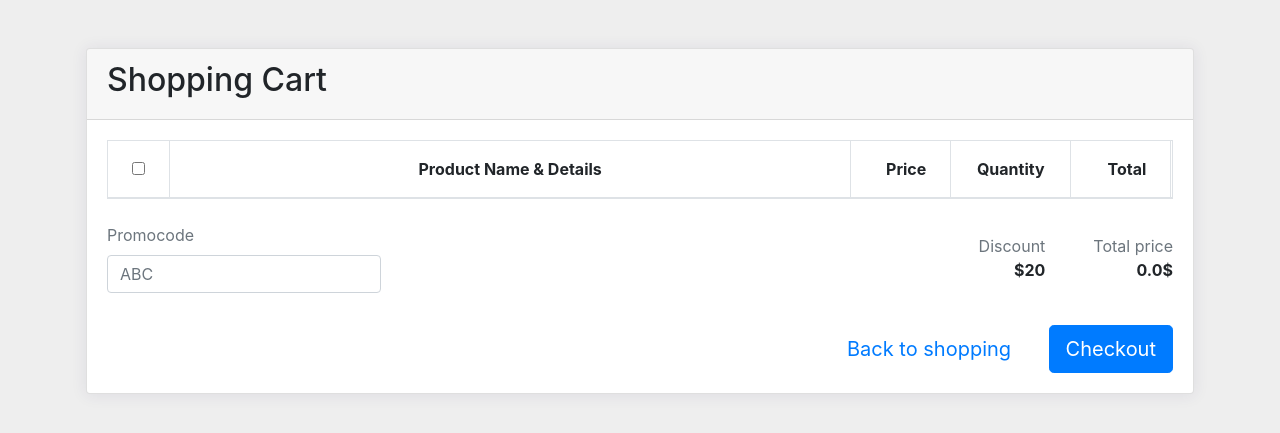
Repository: Szers222/MyProject
Page: http://localhost/MyProject/cart.jsp
An editor plug-in stored every save of this project. The page is shown before and after the next save, followed by the edit.
The browser window is 1280 px wide. The pictures show the whole page.
Some web libraries are served in a nearby version. The page is served by Tomcat 10. The template is opened directly, without the code that normally fills it, so the values that code supplies are empty.

Above is the page before, as saved 2023-12-13 10:17:35.

After the next save:
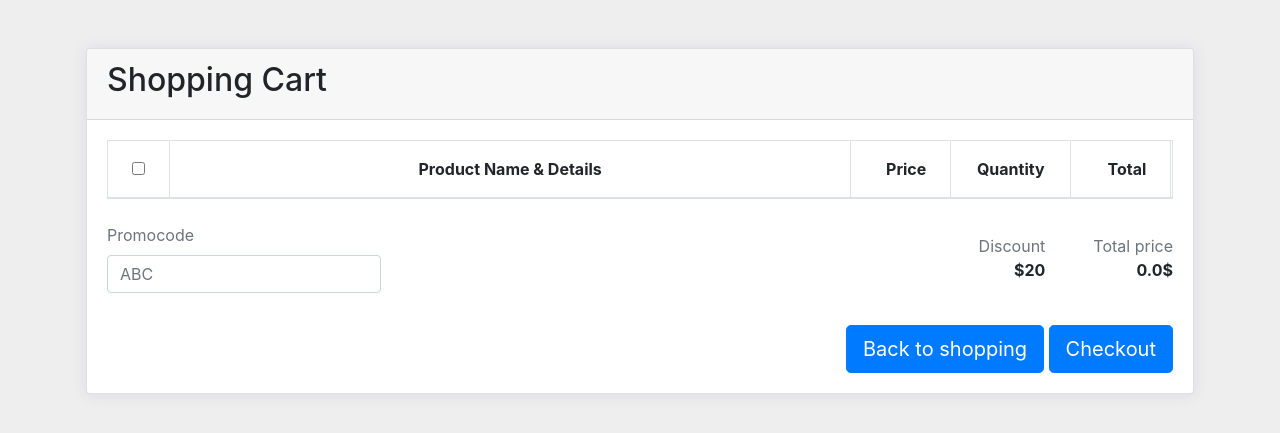
Saved 16 s later.
--- a/MyProject/src/main/webapp/cart.jsp
+++ b/MyProject/src/main/webapp/cart.jsp
@@ -274,7 +274,7 @@ body {
 
 				<div class="float-right">
 					<a href="index.jsp"
-						class="btn btn-lg btn-default md-btn-flat mt-2 mr-3">Back
+						class="btn btn-lg btn-primary mt-2">Back
 						to shopping</a>
 					<a href="CheckoutServlet" class="btn btn-lg btn-primary mt-2">Checkout</a>
 				</div>
